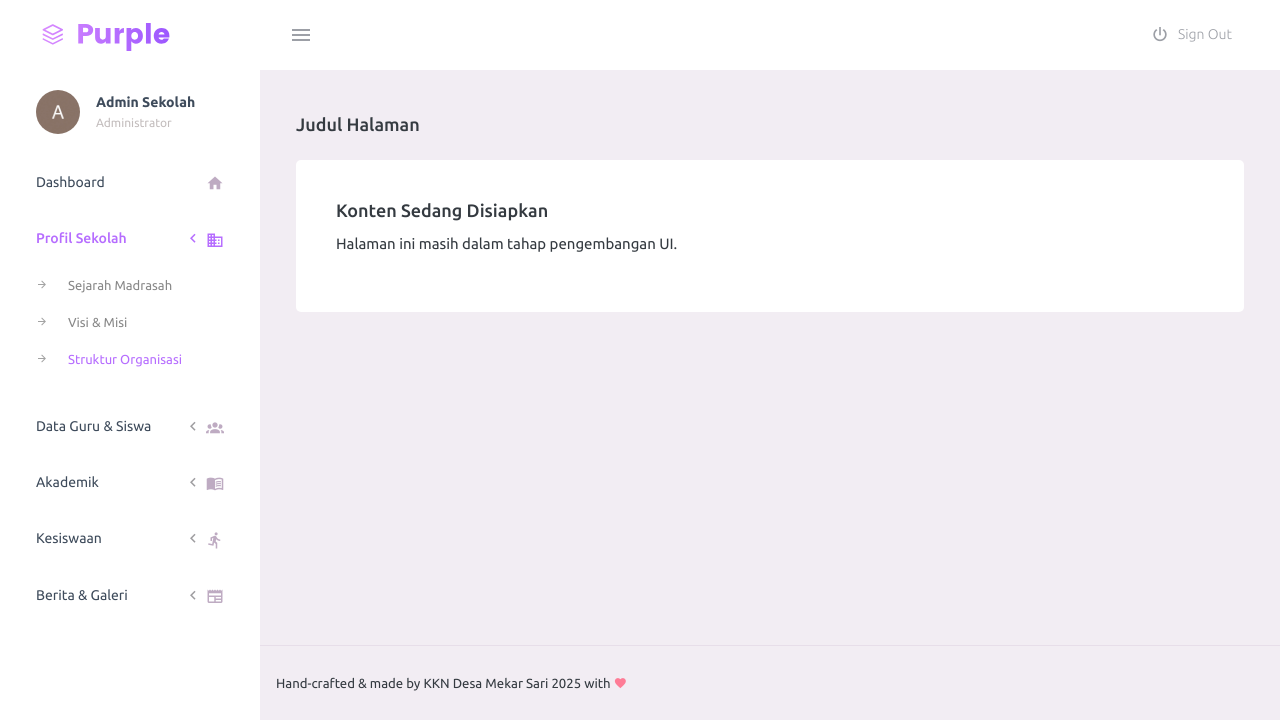
Repository: MKennyChaniago/sekolah-mi-nurul-iman
Page: http://localhost/admin/struktur
The author's editor kept a copy of each file at every save. The page is drawn from the files as they stood at one save, then again after the next save.
The browser window is 1280 px wide. The pictures show the whole page.
The page is served by the project's Laravel application, run on PHP 8.4 with Laravel 12. A made-up administrator, Test User (test@example.com), is signed in. Other server files are loaded and not shown.

Above is the page before, as saved 2025-12-07 09:25:24.
Console error: TypeError: Cannot read properties of null (reading 'classList')

### routes/web.php
<?php

use Illuminate\Support\Facades\Route;
use App\Http\Controllers\HomeController;
// Anda mungkin akan membuat Controller baru, contohnya:
// use App\Http\Controllers\ProfileController;

// --- A. ROUTE FRONTEND (MI NURUL IMAN) ---

// 1. HOME
Route::get('/', [HomeController::class, 'index'])->name('home');

// 2. PROFIL (Menggunakan grup untuk submenu)
Route::prefix('profil')->group(function () {
    Route::get('/sejarah', function () { return view('profil.sejarah'); })->name('profil.sejarah');
    Route::get('/visi-misi', function () { return view('profil.visi_misi'); })->name('profil.visi_misi');
    Route::get('/struktur-organisasi', function () { return view('profil.struktur'); })->name('profil.struktur');
});

// 3. KESISWAAN
Route::get('/kesiswaan', function () { return view('kesiswaan.index'); })->name('kesiswaan');

// 4. BERITA & ARTIKEL
// Listing Berita Utama
Route::get('/berita', function () { return view('berita.listing'); })->name('berita.listing');
// Detail Berita dengan parameter dinamis (slug)
Route::get('/berita/{slug}', function ($slug) { return view('berita.detail', compact('slug')); })->name('berita.detail');

// 5. AKADEMIK
Route::prefix('akademik')->group(function () {
    Route::get('/kurikulum', function () { return view('akademik.kurikulum'); })->name('akademik.kurikulum');
    Route::get('/guru-staff', function () { return view('akademik.guru_staff'); })->name('akademik.guru_staff');
    Route::get('/produk-hukum', function () { return view('akademik.produk_hukum'); })->name('akademik.produk_hukum');
});

// 6. Galeri
Route::get('/galeri', function () { return view('galeri.index'); })->name('galeri');

// 7. KONTAK MANDIRI (Formulir Kontak)
Route::get('/kontak', function () { return view('kontak'); })->name('kontak');


// --- B. ROUTE BACKEND (ADMIN) ---

// 1. Route Login
Route::get('/admin/login', function () {
    return view('admin.login');
})->name('admin.login');

// 2. Route Register
Route::get('/admin/register', function () {
    return view('admin.register');
})->name('admin.register');

// 3. Route Dashboard (INI TUJUANNYA)
Route::get('/admin/dashboard', function () {
    return view('admin.dashboard');
})->name('admin.dashboard');

// ... (Route Login, Register, Dashboard sebelumnya) ...

// --- GROUP: PROFIL SEKOLAH ---
Route::get('/admin/sejarah', function () {
    return view('admin.profil.sejarah'); // Perlu buat file
})->name('admin.sejarah');

Route::get('/admin/visi-misi', function () {
    return view('admin.profil.visimisi'); // Perlu buat file
})->name('admin.visimisi');

Route::get('/admin/struktur', function () {
    return view('admin.profil.struktur'); // Perlu buat file
})->name('admin.struktur');


// --- GROUP: DATA MASTER ---
Route::get('/admin/guru', function () {
    return view('admin.guru.index');
})->name('admin.guru.index');

Route::get('/admin/guru/create', function () {
    return view('admin.guru.create');
})->name('admin.guru.create');

Route::get('/admin/siswa', function () {
    return view('admin.siswa.index');
})->name('admin.siswa.index');


// --- GROUP: AKADEMIK ---
Route::get('/admin/kurikulum', function () {
    return view('admin.akademik.kurikulum'); // Perlu buat file
})->name('admin.kurikulum.index');

Route::get('/admin/produk-hukum', function () {
    return view('admin.akademik.produkhukum'); // Perlu buat file
})->name('admin.produk_hukum.index');


// --- GROUP: KESISWAAN ---
Route::get('/admin/ekstrakurikuler', function () {
    return view('admin.kesiswaan.ekskul'); // Perlu buat file
})->name('admin.ekstrakurikuler.index');

Route::get('/admin/program-unggulan', function () {
    return view('admin.kesiswaan.program'); // Perlu buat file
})->name('admin.prestasi.index');


// --- GROUP: PUBLIKASI ---
Route::get('/admin/berita', function () {
    return view('admin.berita.index');
})->name('admin.berita.index');

Route::get('/admin/berita/create', function () {
    return view('admin.berita.create');
})->name('admin.berita.create');

Route::get('/admin/galeri', function () {
    return view('admin.galeri.index');
})->name('admin.galeri.index');

### resources/views/admin/profil/struktur.blade.php
@extends('layouts.admin')

@section('content')
<div class="page-header">
    <h3 class="page-title"> Judul Halaman </h3>
</div>
<div class="row">
    <div class="col-12 grid-margin stretch-card">
        <div class="card">
            <div class="card-body">
                <h4 class="card-title">Konten Sedang Disiapkan</h4>
                <p>Halaman ini masih dalam tahap pengembangan UI.</p>
            </div>
        </div>
    </div>
</div>
@endsection

### resources/views/layouts/admin.blade.php
<!DOCTYPE html>
<html lang="id">
  <head>
    <meta charset="utf-8">
    <meta name="viewport" content="width=device-width, initial-scale=1, shrink-to-fit=no">
    <title>Admin - MI Nurul Iman</title>

    <link rel="stylesheet" href="{{ asset('admin/vendors/mdi/css/materialdesignicons.min.css') }}">
    <link rel="stylesheet" href="{{ asset('admin/vendors/ti-icons/css/themify-icons.css') }}">
    <link rel="stylesheet" href="{{ asset('admin/vendors/css/vendor.bundle.base.css') }}">
    <link rel="stylesheet" href="{{ asset('admin/css/style.css') }}">
    <link rel="shortcut icon" href="{{ asset('admin/images/favicon.png') }}" />
  </head>
  <body>

    <div class="container-scroller">

      @include('admin.partials.navbar')

      <div class="container-fluid page-body-wrapper">

        @include('admin.partials.sidebar')

        <div class="main-panel">
          <div class="content-wrapper">

            @yield('content')

          </div>

          @include('admin.partials.footer')

        </div>
      </div>
    </div>

    <script src="{{ asset('admin/vendors/js/vendor.bundle.base.js') }}"></script>
    <script src="{{ asset('admin/vendors/chart.js/chart.umd.js') }}"></script>
    <script src="{{ asset('admin/js/off-canvas.js') }}"></script>
    <script src="{{ asset('admin/js/misc.js') }}"></script>
    <script src="{{ asset('admin/js/settings.js') }}"></script>
    <script src="{{ asset('admin/js/todolist.js') }}"></script>
    <script src="{{ asset('admin/js/jquery.cookie.js') }}"></script>
    <script src="{{ asset('admin/js/dashboard.js') }}"></script>
  </body>
</html>

### resources/views/admin/partials/navbar.blade.php
<style>
  /* Animasi untuk tombol Logout */
  .logout-link {
    transition: all 0.3s ease-in-out; /* Gerakan halus */
    display: flex;
    align-items: center;
  }

  /* Efek saat Mouse diarahkan (Hover) */
  .logout-link:hover {
    transform: scale(1.1); /* Membesar sedikit (10%) */
    color: #dc3545 !important; /* Berubah warna jadi Merah */
  }

  .logout-link:hover i {
    color: #dc3545 !important; /* Icon juga jadi merah */
  }
</style>

<nav class="navbar default-layout-navbar col-lg-12 col-12 p-0 fixed-top d-flex flex-row">
  <div class="text-center navbar-brand-wrapper d-flex align-items-center justify-content-start">
    <a class="navbar-brand brand-logo" href="{{ route('admin.dashboard') }}"><img src="{{ asset('admin/images/logo.svg') }}" alt="logo" /></a>
    <a class="navbar-brand brand-logo-mini" href="{{ route('admin.dashboard') }}"><img src="{{ asset('admin/images/logo-mini.svg') }}" alt="logo" /></a>
  </div>

  <div class="navbar-menu-wrapper d-flex align-items-stretch">
    <button class="navbar-toggler navbar-toggler align-self-center" type="button" data-toggle="minimize">
      <span class="mdi mdi-menu"></span>
    </button>

    <ul class="navbar-nav navbar-nav-right">

      <li class="nav-item nav-logout">
        <a class="nav-link logout-link" href="{{ route('admin.login') }}" title="Keluar Aplikasi">
          <i class="mdi mdi-power"></i>

          <span class="d-none d-lg-inline ms-2">Sign Out</span>
        </a>
      </li>

    </ul>

    <button class="navbar-toggler navbar-toggler-right d-lg-none align-self-center" type="button" data-toggle="offcanvas">
      <span class="mdi mdi-menu"></span>
    </button>
  </div>
</nav>

### resources/views/admin/partials/sidebar.blade.php
<nav class="sidebar sidebar-offcanvas" id="sidebar">
  <ul class="nav">

    <li class="nav-item nav-profile">
      <a href="#" class="nav-link">
        <div class="nav-profile-image">
          <img src="{{ asset('admin/images/faces/face1.jpg') }}" alt="profile" />
          <span class="login-status online"></span>
        </div>
        <div class="nav-profile-text d-flex flex-column">
          <span class="font-weight-bold mb-2">Admin Sekolah</span>
          <span class="text-secondary text-small">Administrator</span>
        </div>
      </a>
    </li>

    <li class="nav-item">
      <a class="nav-link" href="{{ route('admin.dashboard') }}">
        <span class="menu-title">Dashboard</span>
        <i class="mdi mdi-home menu-icon"></i>
      </a>
    </li>

    <li class="nav-item">
      <a class="nav-link" data-bs-toggle="collapse" href="#profil-sekolah" aria-expanded="false" aria-controls="profil-sekolah">
        <span class="menu-title">Profil Sekolah</span>
        <i class="menu-arrow"></i>
        <i class="mdi mdi-domain menu-icon"></i>
      </a>
      <div class="collapse" id="profil-sekolah">
        <ul class="nav flex-column sub-menu">
          <li class="nav-item"> <a class="nav-link" href="{{ route('admin.sejarah') }}">Sejarah Madrasah</a></li>
          <li class="nav-item"> <a class="nav-link" href="{{ route('admin.visimisi') }}">Visi & Misi</a></li>
          <li class="nav-item"> <a class="nav-link" href="{{ route('admin.struktur') }}">Struktur Organisasi</a></li>
        </ul>
      </div>
    </li>

    <li class="nav-item">
      <a class="nav-link" data-bs-toggle="collapse" href="#data-master" aria-expanded="false" aria-controls="data-master">
        <span class="menu-title">Data Guru & Siswa</span>
        <i class="menu-arrow"></i>
        <i class="mdi mdi-account-group menu-icon"></i>
      </a>
      <div class="collapse" id="data-master">
        <ul class="nav flex-column sub-menu">
          <li class="nav-item"> <a class="nav-link" href="{{ route('admin.guru.index') }}">Data Guru & Staff</a></li>
          <li class="nav-item"> <a class="nav-link" href="{{ route('admin.siswa.index') }}">Data Siswa</a></li>
        </ul>
      </div>
    </li>

    <li class="nav-item">
      <a class="nav-link" data-bs-toggle="collapse" href="#akademik" aria-expanded="false" aria-controls="akademik">
        <span class="menu-title">Akademik</span>
        <i class="menu-arrow"></i>
        <i class="mdi mdi-book-open-variant menu-icon"></i>
      </a>
      <div class="collapse" id="akademik">
        <ul class="nav flex-column sub-menu">
          <li class="nav-item"> <a class="nav-link" href="{{ route('admin.kurikulum.index') }}">Kurikulum</a></li>
          <li class="nav-item"> <a class="nav-link" href="{{ route('admin.produk_hukum.index') }}">Produk Hukum (SK)</a></li>
        </ul>
      </div>
    </li>

    <li class="nav-item">
      <a class="nav-link" data-bs-toggle="collapse" href="#kesiswaan" aria-expanded="false" aria-controls="kesiswaan">
        <span class="menu-title">Kesiswaan</span>
        <i class="menu-arrow"></i>
        <i class="mdi mdi-run menu-icon"></i>
      </a>
      <div class="collapse" id="kesiswaan">
        <ul class="nav flex-column sub-menu">
          <li class="nav-item"> <a class="nav-link" href="{{ route('admin.ekstrakurikuler.index') }}">Ekstrakurikuler</a></li>
          <li class="nav-item"> <a class="nav-link" href="{{ route('admin.prestasi.index') }}">Program Unggulan</a></li>
        </ul>
      </div>
    </li>

    <li class="nav-item">
      <a class="nav-link" data-bs-toggle="collapse" href="#publikasi" aria-expanded="false" aria-controls="publikasi">
        <span class="menu-title">Berita & Galeri</span>
        <i class="menu-arrow"></i>
        <i class="mdi mdi-newspaper menu-icon"></i>
      </a>
      <div class="collapse" id="publikasi">
        <ul class="nav flex-column sub-menu">
          <li class="nav-item"> <a class="nav-link" href="{{ route('admin.berita.index') }}">Berita & Artikel</a></li>
          <li class="nav-item"> <a class="nav-link" href="{{ route('admin.galeri.index') }}">Galeri Foto</a></li>
        </ul>
      </div>
    </li>

  </ul>
</nav>

### resources/views/admin/partials/footer.blade.php
<footer class="footer">
  <div class="d-sm-flex justify-content-center justify-content-sm-between">
    {{-- <span class="text-muted text-center text-sm-left d-block d-sm-inline-block">Copyright © 2025 <a href="https://www.bootstrapdash.com/" target="_blank">BootstrapDash</a>. All rights reserved.</span> --}}
    <span class="float-none float-sm-right d-block mt-1 mt-sm-0 text-center">Hand-crafted & made by KKN Desa Mekar Sari 2025 with <i class="mdi mdi-heart text-danger"></i></span>
  </div>
</footer>

### public/admin/js/settings.js
(function($) {
  'use strict';
  $(function() {
    $(".nav-settings").click(function() {
      $("#right-sidebar").toggleClass("open");
    });
    $(".settings-close").click(function() {
      $("#right-sidebar,#theme-settings,#layout-settings").removeClass("open");
    });

    $("#settings-trigger").on("click", function() {
      $("#theme-settings").toggleClass("open");
    });

    //check all boxes in order status
    $("#check-all").click(function () {
      $(".checkbox").prop('checked', $(this).prop('checked'));
    });

    //background constants
    var navbar_classes = "navbar-danger navbar-success navbar-warning navbar-dark navbar-light navbar-primary navbar-info navbar-pink";
    var sidebar_classes = "sidebar-light sidebar-dark";
    var $body = $("body");

    //sidebar backgrounds
    $("#sidebar-default-theme").on("click", function() {
      $body.removeClass(sidebar_classes);
      $(".sidebar-bg-options").removeClass("selected");
      $(this).addClass("selected");
    });
    $("#sidebar-dark-theme").on("click", function() {
      $body.removeClass(sidebar_classes);
      $body.addClass("sidebar-dark");
      $(".sidebar-bg-options").removeClass("selected");
      $(this).addClass("selected");
    });
    $("#sidebar-light-theme").on("click", function() {
      $body.removeClass(sidebar_classes);
      $body.addClass("sidebar-light");
      $(".sidebar-bg-options").removeClass("selected");
      $(this).addClass("selected");
    });


    //Navbar Backgrounds
    $(".tiles.primary").on("click", function() {
      $(".navbar").removeClass(navbar_classes);
      $(".navbar").addClass("navbar-primary");
      $(".tiles").removeClass("selected");
      $(this).addClass("selected");
    });
    $(".tiles.success").on("click", function() {
      $(".navbar").removeClass(navbar_classes);
      $(".navbar").addClass("navbar-success");
      $(".tiles").removeClass("selected");
      $(this).addClass("selected");
    });
    $(".tiles.warning").on("click", function() {
      $(".navbar").removeClass(navbar_classes);
      $(".navbar").addClass("navbar-warning");
      $(".tiles").removeClass("selected");
      $(this).addClass("selected");
    });
    $(".tiles.danger").on("click", function() {
      $(".navbar").removeClass(navbar_classes);
      $(".navbar").addClass("navbar-danger");
      $(".tiles").removeClass("selected");
      $(this).addClass("selected");
    });
    $(".tiles.info").on("click", function() {
      $(".navbar").removeClass(navbar_classes);
      $(".navbar").addClass("navbar-info");
      $(".tiles").removeClass("selected");
      $(this).addClass("selected");
    });
    $(".tiles.dark").on("click", function() {
      $(".navbar").removeClass(navbar_classes);
      $(".navbar").addClass("navbar-dark");
      $(".tiles").removeClass("selected");
      $(this).addClass("selected");
    });
    $(".tiles.default").on("click", function() {
      $(".navbar").removeClass(navbar_classes);
      $(".tiles").removeClass("selected");
      $(this).addClass("selected");
    });

    //Horizontal menu in mobile
    $('[data-toggle="horizontal-menu-toggle"]').on("click", function() {
      $(".horizontal-menu .bottom-navbar").toggleClass("header-toggled");
    });
    // Horizontal menu navigation in mobile menu on click
    var navItemClicked = $('.horizontal-menu .page-navigation >.nav-item');
    navItemClicked.on("click", function(event) {
      if(window.matchMedia('(max-width: 991px)').matches) {
        if(!($(this).hasClass('show-submenu'))) {
          navItemClicked.removeClass('show-submenu');
        }
        $(this).toggleClass('show-submenu');
      }
    });

    $(window).scroll(function() {
      if(window.matchMedia('(min-width: 992px)').matches) {
        var header = $('.horizontal-menu');
        if ($(window).scrollTop() >= 71) {
          $(header).addClass('fixed-on-scroll');
        } else {
          $(header).removeClass('fixed-on-scroll');
        }
      }
    });

    $("#layout-toggler").on("click", function () {
      $("#layout-settings").addClass("open");
    });
    $("#chat-toggler").on("click", function () {
      $("#right-sidebar").addClass("open");
    });

  });
})(jQuery);

### public/admin/js/todolist.js
(function($) {
  'use strict';
  $(function() {
    var todoListItem = $('.todo-list');
    var todoListInput = $('.todo-list-input');
    $('.todo-list-add-btn').on("click", function(event) {
      event.preventDefault();

      var item = $(this).prevAll('.todo-list-input').val();

      if (item) {
        todoListItem.append("<li><div class='form-check'><label class='form-check-label'><input class='checkbox' type='checkbox'/>" + item + "<i class='input-helper'></i></label></div><i class='remove mdi mdi-close-circle-outline'></i></li>");
        todoListInput.val("");
      }

    });

    todoListItem.on('change', '.checkbox', function() {
      if ($(this).attr('checked')) {
        $(this).removeAttr('checked');
      } else {
        $(this).attr('checked', 'checked');
      }

      $(this).closest("li").toggleClass('completed');

    });

    todoListItem.on('click', '.remove', function() {
      $(this).parent().remove();
    });

  });
})(jQuery);

Loaded but not shown: app/Models/User.php (common file); public/admin/vendors/mdi/css/materialdesignicons.min.css (library); public/admin/vendors/ti-icons/css/themify-icons.css (library); public/admin/vendors/css/vendor.bundle.base.css (common file); public/admin/css/style.css (library); public/admin/vendors/js/vendor.bundle.base.js (library); public/admin/vendors/chart.js/chart.umd.js (library); public/admin/js/off-canvas.js (common file); public/admin/js/jquery.cookie.js (library); public/admin/images/logo.svg (90 lines, source omitted); public/admin/images/logo-mini.svg (41 lines, source omitted); public/admin/js/dashboard.js (250 lines, source omitted); public/admin/js/misc.js (122 lines, source omitted)

After the next save:
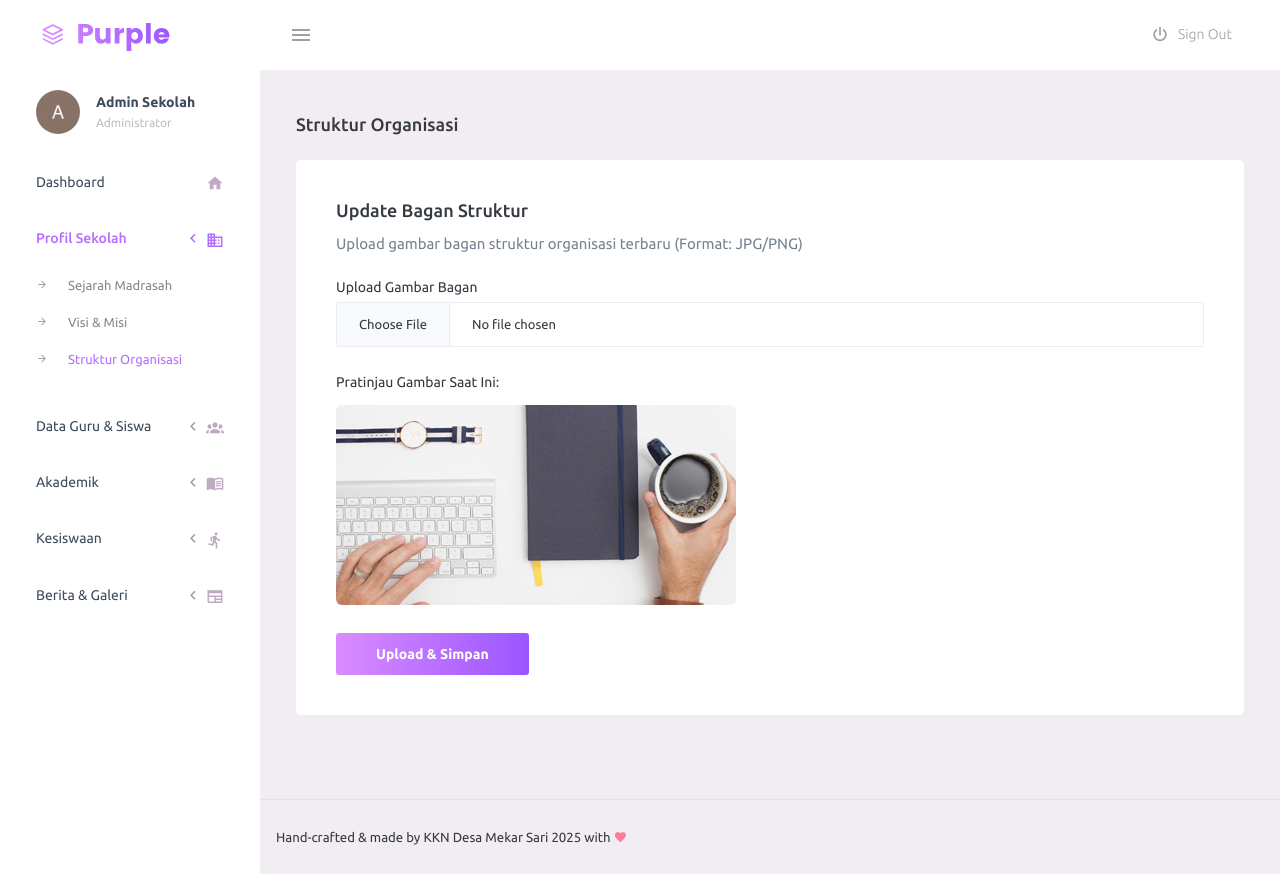
Saved 10 s later.
--- a/resources/views/admin/profil/struktur.blade.php
+++ b/resources/views/admin/profil/struktur.blade.php
@@ -1,15 +1,38 @@
 @extends('layouts.admin')
+
+@section('title', 'Struktur Organisasi')
 
 @section('content')
 <div class="page-header">
-    <h3 class="page-title"> Judul Halaman </h3>
+    <h3 class="page-title"> Struktur Organisasi </h3>
 </div>
+
 <div class="row">
     <div class="col-12 grid-margin stretch-card">
         <div class="card">
             <div class="card-body">
-                <h4 class="card-title">Konten Sedang Disiapkan</h4>
-                <p>Halaman ini masih dalam tahap pengembangan UI.</p>
+                <h4 class="card-title">Update Bagan Struktur</h4>
+                <p class="card-description"> Upload gambar bagan struktur organisasi terbaru (Format: JPG/PNG) </p>
+
+                <form class="forms-sample">
+
+                    <div class="form-group">
+                        <label>Upload Gambar Bagan</label>
+                        <input type="file" name="img[]" class="file-upload-default">
+                        <div class="input-group col-xs-12">
+                            <input type="file" class="form-control file-upload-info" placeholder="Pilih file gambar...">
+                        </div>
+                    </div>
+
+                    <div class="form-group">
+                        <label>Pratinjau Gambar Saat Ini:</label>
+                        <div class="mt-2">
+                            <img src="{{ asset('admin/images/dashboard/img_1.jpg') }}" alt="Struktur Saat Ini" class="img-fluid rounded" style="max-height: 300px;">
+                        </div>
+                    </div>
+
+                    <button type="submit" class="btn btn-gradient-primary me-2">Upload & Simpan</button>
+                </form>
             </div>
         </div>
     </div>
